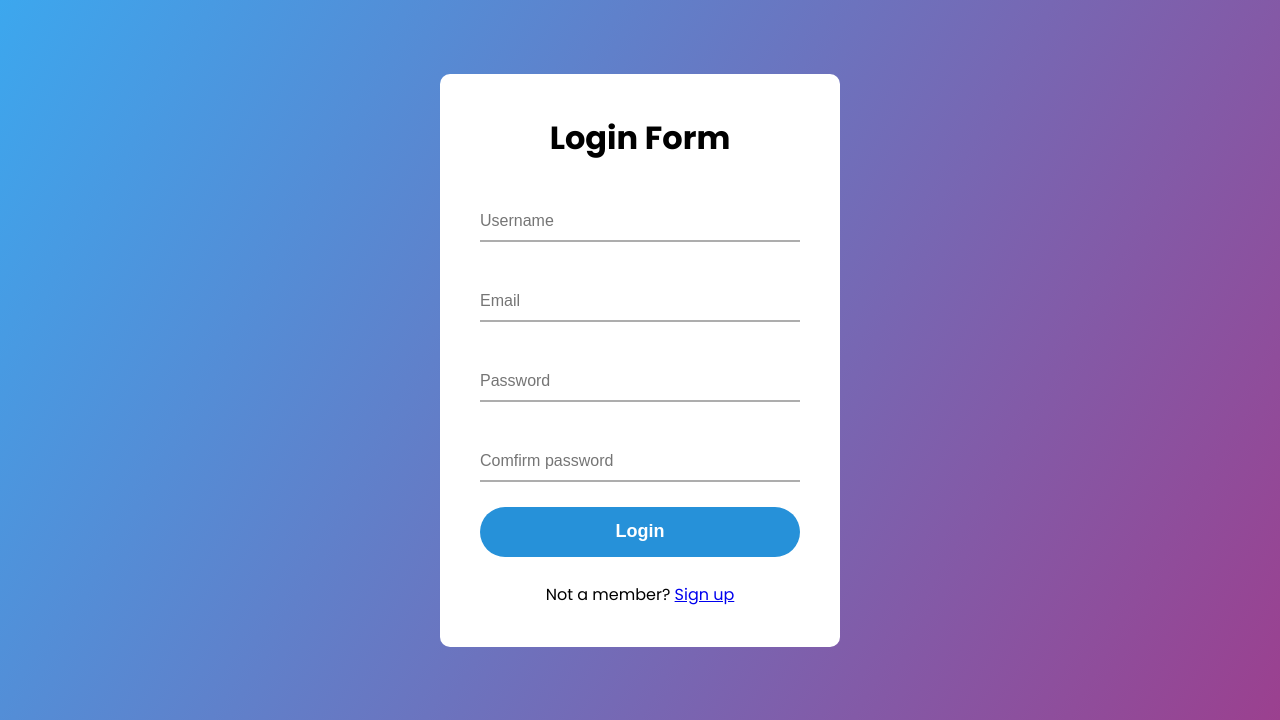
Repository: QUANGTHAI2003/Form-Validation
Page: index.html
The author's editor kept a copy of each file at every save. The page is drawn from the files as they stood at one save, then again after the next save.
The browser window is 1280 px wide. The pictures show the whole page.

Above is the page before, as saved 2022-03-13 14:33:18.

After the next save:
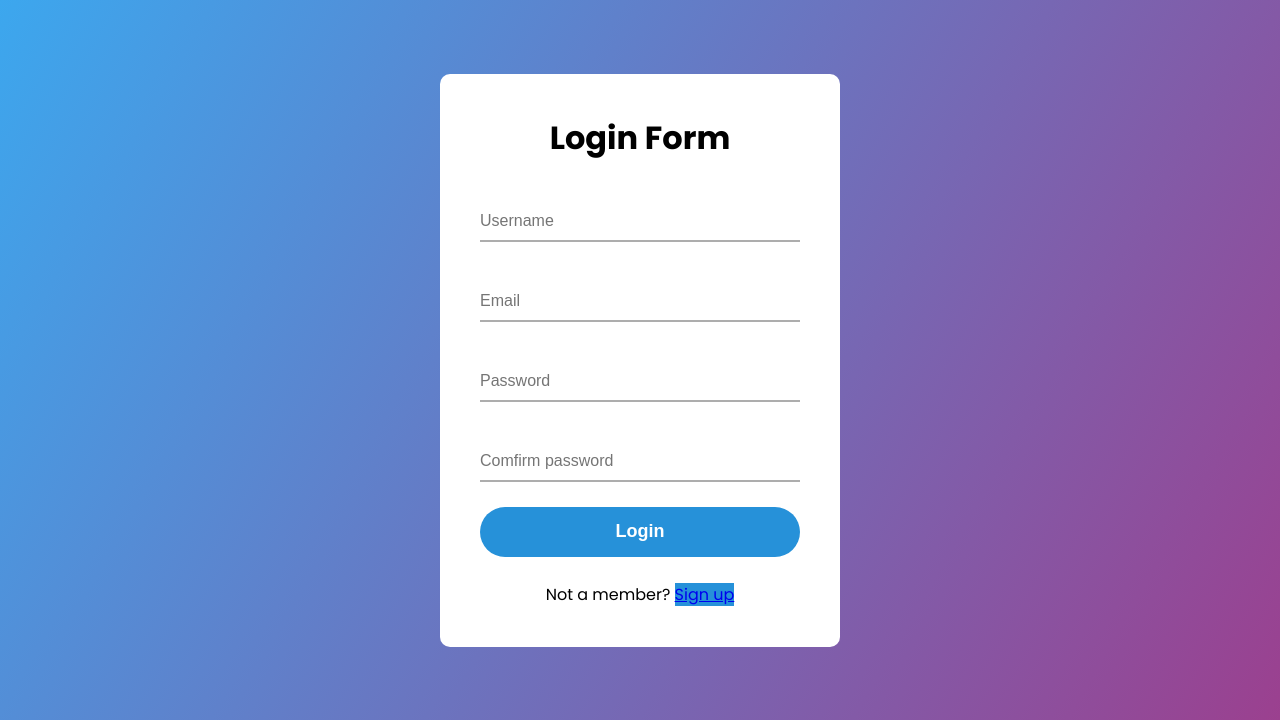
Saved 24 s later.
--- a/style.css
+++ b/style.css
@@ -86,3 +86,7 @@ body {
 .signup-link {
     text-align: center;
 }
+
+.signup-link a {
+    background: var(--success-color);
+}
